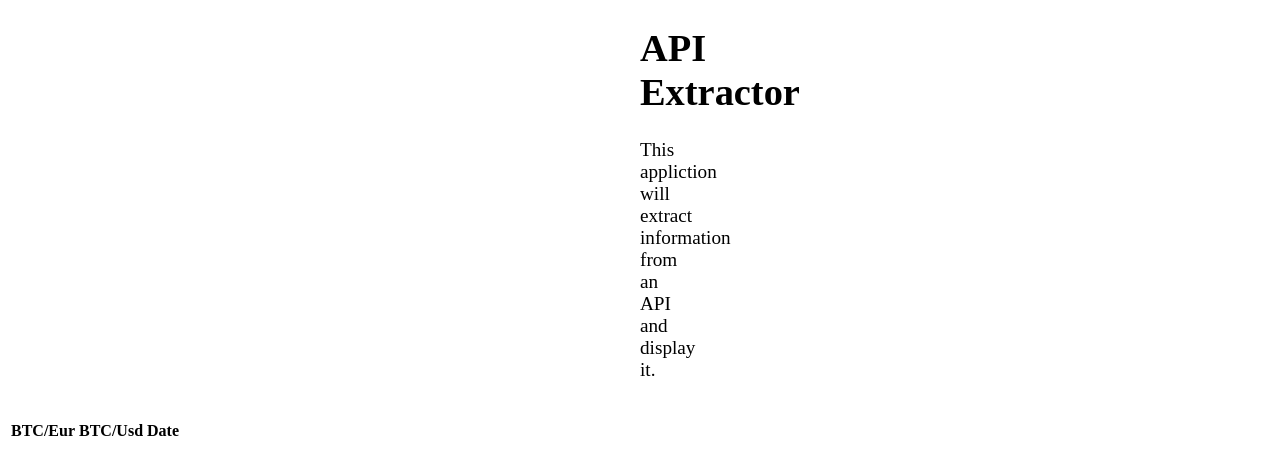
Repository: vxyux/api-extraction
Page: index.html
The author's editor kept a copy of each file at every save. The page is drawn from the files as they stood at one save, then again after the next save.
The browser window is 1280 px wide. The pictures show the whole page.
The page's requests for data from a server got no answer.

Above is the page before, as saved 2023-09-05 10:33:36.

### index.html
<!DOCTYPE html>
<html lang="en">
<head>
  <meta charset="UTF-8">
  <meta name="viewport" content="width=device-width, initial-scale=1.0">
  <title>Document</title>
  <link rel="stylesheet" href="stylesheet.css">
  <script src="app.js"></script>
</head>
<body>
  <div class="center">
    <h1>API Extractor</h1>
    <p>This appliction will extract information from an API and display it.</p>
  </div>

  <img src="" id="loading" alt="">

  <table>
  <tr>
    <th>BTC/Eur</th>
    <th>BTC/Usd</th>
    <th>Date</th>
  </tr>
  <tr>
    <td><div id="rate-eur"></div></td>
    <td><div id="rate-usd"></div></td>
    <td><div id="date"></div></td>
  </tr>
</table>
</body>
</html>

### stylesheet.css
.center {
  margin-left: 50%;
  margin-right: 50%;
  font-size: 120%;
}

### app.js
const api_url = 'https://api.coindesk.com/v1/bpi/currentprice.json';

async function getapi(url) {
  const response = await fetch(url);

  var data = await response.json();

  console.log(data.bpi.EUR.rate);

  if (response) {
    hideloader();
  }
  show(data);
}

getapi(api_url);

function hideloader() {
  document.getElementById('loading').style.display = 'none';
}

function show(data) {
  var rate_eur = data.bpi.EUR.rate;
  var rate_usd = data.bpi.USD.rate;
  var date = data.time.updated;

  document.getElementById('rate-eur').innerHTML =
    '<p>' + rate_eur + '</p>';

  document.getElementById('rate-usd').innerHTML =
    '<p>' + rate_usd + '</p>';

  document.getElementById('date').innerHTML =
    '<p>' + date + '</p>';
}

After the next save:
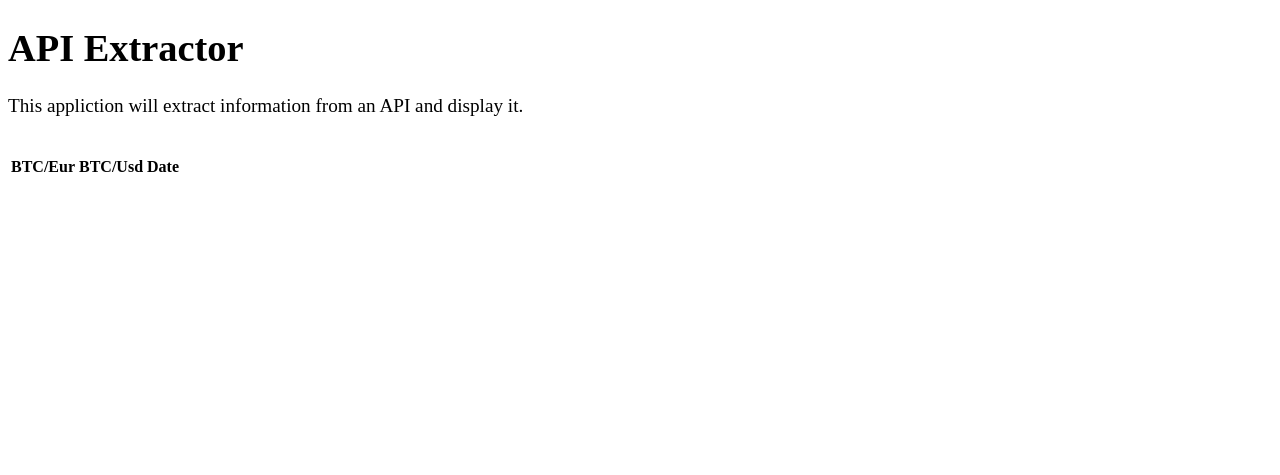
Saved 5 s later.
--- a/stylesheet.css
+++ b/stylesheet.css
@@ -1,5 +1,4 @@
 .center {
-  margin-left: 50%;
-  margin-right: 50%;
+
   font-size: 120%;
 }
